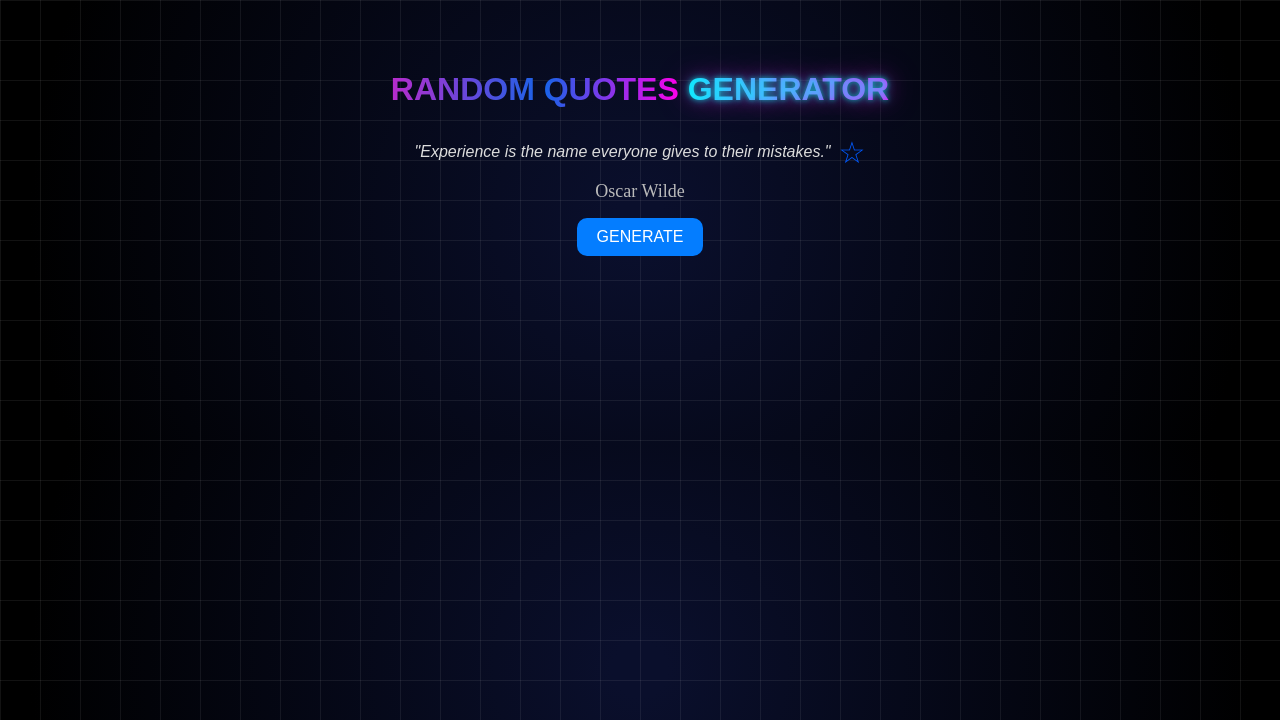
Repository: Adel-la/random-quotes
Page: index.html
These files come from the project's save history. The page is drawn as it stood at one moment and after the next save; the edit follows.
The browser window is 1280 px wide. The pictures show the whole page.

Above is the page before, as saved 2025-06-26 22:29:58.

### index.html
<!DOCTYPE html>
<html lang="ru">
<head>
  <meta charset="UTF-8" />
  <title>Random Quotes</title>
  <link rel="stylesheet" href="styles.css" />
</head>
<body>
  <main class="main">
    <h1 class="h1-title"> <span class="special-text">RANDOM QUOTES</span> <span class="neon-text">GENERATOR</span></h1>
    <div class="quote-container">
      <p id="quote" class="quote"></p>
      <button id="favorite" class="favorite">☆</button>
    </div>
    <p id="author" class="quote-author"></p>
    <button id="generate" class="btn">GENERATE</button>

    <div id="favorites-container" class="favorites-container"></div>
  </mainс>
  <script type="module" src="main.js"></script>
</body>
</html>

### styles.css

body {
  font-family: Arial, sans-serif;
  color: aliceblue;
  box-sizing: border-box;
  margin: 0;
  padding: 20px;
}

.favorites-container{
  max-width: 600px;
  margin: 50px auto;
  text-align: center;
}

.btn{
  padding: 10px 20px;
  font-size: 16px;
  background-color: #047dff;
  color: #fff;
  border: none;
  cursor: pointer;
  border-radius: 10px;
  margin-top: 10px;
  transition: background-color 0.3s ease;
}

.btn:hover{
  background-color: #004691;
  transform: scale(1.1);
  transition: 0.2s;
}

.paragraph{
  background-color: #111111;
  border-radius: 5px;
  width: fit-content;
  padding: 5px;
  text-align: center;
  margin: 2px auto;
}

#quote::before,
#quote::after{
  content: '"';
}

.quote-container {
  display: inline-flex;
  align-items: center;
  justify-content: center;
  margin: 0 auto;
  border-radius: 5px;
  padding: 5px 10px;
}

/* Убираем фон из quote, чтобы весь блок (цитата + звезда) имел один фон */
.quote {
  margin: 0;
  padding: 0;
  font-style: italic;
  display: inline;
}

/* Звездочка вплотную к цитате */
.favorite {
  color: rgb(0, 89, 255);
  background-color: transparent;
  font-size: 30px;
  border: none;
  margin-left: 8px;
  cursor: pointer;
  padding: 0;
}

.favorite-card {
  border: 1px solid #333;
  border-left: 5px solid #047dff;
  padding: 12px 16px;
  margin: 12px ;
  border-radius: 12px;
  box-shadow: 0 2px 10px rgba(4, 125, 255, 0.1);
  transition: transform 0.2s ease, box-shadow 0.2s ease;
  position: relative;
  width: 225px;
  text-align: start;
  flex-shrink: 0;

}

.favorites-container {
  display: flex;
  flex-wrap: wrap;
  justify-content: center;
  gap: 10px;
}
.favorite-card:hover {
  transform: scale(1.02);
  box-shadow: 0 4px 15px rgba(4, 125, 255, 0.25);
}

.favorite-card .favorite-quote {
  font-style: italic;
  font-size: 16px;
  color: #ffffff;
  margin-bottom: 8px;
}

.favorite-card .quote-author {
  font-size: 14px;
  color: #bbbbbb;
  text-align: right;
}

.delete-btn {
  position: absolute;
  top: 0;
  right: 0;
  border: none;
  border-radius: 5px;
  color: white;
  background-color: transparent;
  cursor: pointer;
}

.delete-btn:hover {
  font-size: 15px;
  transition: 0.5s;
}

.quote-author{
  margin: 1px auto;
  width: fit-content;
  font-size: large;
  padding: 5px 15px;
  border-radius: 5px;
  font-family:'Times New Roman', Times, serif;
  color: #bababa;
}

.main{
  text-align: center;
  position: relative;
  border-radius: 12px;
  padding: 20px;
  margin: 50px auto;
  max-width: 600px;
  z-index: 1;
  margin-top: 10px;
}

body {
  background: radial-gradient(circle at center, #0a0f2c 0%, #0a0f2c 4%, #000000 90%);

  position: relative;
  overflow: hidden;
  color: #ddd;
}

/* Тонкая светлая сетка */
body::before {
  content: "";
  position: fixed;
  top: 0; left: 0; right: 0; bottom: 0;
  background-image:
    linear-gradient(rgba(255,255,255,0.07) 1px, transparent 1px),
    linear-gradient(90deg, rgba(255,255,255,0.07) 1px, transparent 1px);
  background-size: 40px 40px;
  pointer-events: none;
  z-index: 0;
}


.special-text{
   font-weight: bold;
  font-size: 32px;
  background: linear-gradient(90deg, rgba(183, 43, 204, 1) 0%, rgba(23, 100, 232, 1) 53%, rgb(252, 2, 235) 100%);
  -webkit-background-clip: text;
  -webkit-text-fill-color: transparent;
}

.neon-text{
  font-weight: bold;
  background: linear-gradient(90deg, #00faff, #ff00f7);
  -webkit-background-clip: text;
  -webkit-text-fill-color: transparent;
  text-shadow:
    0 0 5px rgba(0, 255, 255, 0.5),
    0 0 10px rgba(0, 255, 255, 0.5),
    0 0 20px rgba(255, 0, 255, 0.5),
    0 0 40px rgba(255, 0, 255, 0.3);
}

### main.js
import quotes from './src/data/quotes.js';
import { generateAndDisplayQuote } from './src/handlers/quote.js';
import {
  generateBtn,
} from './src/ui/dom.js';




// Показать первую цитату сразу при загрузке страницы
generateAndDisplayQuote(quotes);

// Кнопка "Сгенерировать цитату"
generateBtn.addEventListener('click', () => {
  generateAndDisplayQuote(quotes);
});

### src/data/quotes.js
// Quotes array with English programming quotes and initial favorite = false
import { setQuoteId } from "../handlers/utils.js";
const quotes = [
  {
    text: "Code is like humor. When you have to explain it, it’s bad.",
    author: "Cory House",
    isFavorite: false,
  },
  {
    text: "First, solve the problem. Then, write the code.",
    author: "John Johnson",
    isFavorite: false,
  },
  {
    text: "Experience is the name everyone gives to their mistakes.",
    author: "Oscar Wilde",
    isFavorite: false,
  },
  {
    text: "In order to be irreplaceable, one must always be different.",
    author: "Coco Chanel",
    isFavorite: false,
  },
  {
    text: "Java is to JavaScript what car is to Carpet.",
    author: "Chris Heilmann",
    isFavorite: false,
  },
  {
    text: "Simplicity is the soul of efficiency.",
    author: "Austin Freeman",
    isFavorite: false,
  },
  {
    text: "Code never lies, comments sometimes do.",
    author: "Ron Jeffries",
    isFavorite: false,
  },
  {
    text: "Programming isn’t about what you know; it’s about what you can figure out.",
    author: "Chris Pine",
    isFavorite: false,
  },
  {
    text: "Make it work, make it right, make it fast.",
    author: "Kent Beck",
    isFavorite: false,
  },
  {
    text: "Any fool can write code that a computer can understand. Good programmers write code that humans can understand.",
    author: "Martin Fowler",
    isFavorite: false,
  }
];

setQuoteId(quotes)
export default quotes;

### src/handlers/quote.js
import { chooseRandomQuote } from './utils.js';
import { setRandomQuote } from '../core/state.js';
import { showQuote } from '../ui/index.js';
import { quoteElement, authorElement, favoriteBtn } from '../ui/dom.js';

// Функция генерации и отображения случайной цитаты
export function generateAndDisplayQuote(quotes) {
  const quote = chooseRandomQuote(quotes);
  setRandomQuote(quote);
  showQuote(quote, quoteElement, authorElement, favoriteBtn);
}

### src/ui/dom.js
export const quoteElement = document.getElementById('quote');
export const authorElement = document.getElementById('author');
export const generateBtn = document.getElementById('generate');
export const favoriteBtn = document.getElementById('favorite');
export const favoritesContainer = document.getElementById('favorites-container');

### src/handlers/utils.js
// Генерация уникального 8-символьного hex ID (буквы и цифры)
 function generateHexId() {
  return Math.floor(Math.random() * 0xffffffff)
    .toString(16)
    .padStart(8, '0');
}

export function setQuoteId(quotes) {
  quotes.forEach(quote => {
    if (!quote.id) {
      quote.id = generateHexId();
    }
  });
}

// Функция выбора случайной цитаты из массива
export function chooseRandomQuote(quotes) {
  const index = Math.floor(Math.random() * quotes.length);
  return quotes[index];
}

### src/core/state.js
import { chooseRandomQuote } from '../handlers/utils.js';
import quotes from '../data/quotes.js';

let currentQuote = null;

// Функция для получения текущей цитаты
export function getRandomQuote() {
  if (!currentQuote) {
    currentQuote = chooseRandomQuote(quotes);
  }
  return currentQuote;
}

// Устанавливаем текущую цитату
export function setRandomQuote(quote) {
  currentQuote = quote;
}

### src/ui/index.js
import { updateFavoriteButton } from '../handlers/favorites.js';

// Функция для отображения цитаты и автора на странице
export function showQuote(quote, quoteElement, authorElement, favoriteBtn) {
  if (!quote) return;

  const { text, author, isFavorite } = quote;

  quoteElement.textContent = text;
  authorElement.textContent = author ? ` ${author}` : ' Unknown';

  updateFavoriteButton(isFavorite, favoriteBtn);
}

### src/handlers/favorites.js
import { favoritesContainer, favoriteBtn } from '../ui/dom.js';
import quotes from '../data/quotes.js';
import { getRandomQuote } from '../core/state.js';
import { setQuoteId } from './utils.js';


// Создаём карточку избранной цитаты и добавляем в контейнер
export function addFavoriteCard(quoteObj, container) {
  const card = document.createElement('div');
  card.id = quoteObj.id;
  card.classList.add('favorite-card');

  card.innerHTML = `
      <button class="delete-btn">🗑</button>
      <p class="favorite-quote">${quoteObj.text}</p>
      <span class="quote-author">– ${quoteObj.author}</span>
    `;

  container.appendChild(card);
}

// Удаляем карточку цитаты из избранного
export function removeCardOfFavorite(container, quote) {
  const cards = container.querySelectorAll('.favorite-card');
  cards.forEach((card) => {
    if (card.id === quote.id) {
      card.remove();
    }
  });
}

// Обновляем кнопку избранного (звёздочку)
export function updateFavoriteButton(isFavorite, button) {
  button.textContent = isFavorite ? '★' : '☆';
}

// Обработчик клика по кнопке удаления на карточке
export function handleDeleteClick(event, container, quotes, favoriteButton) {
  if (!event.target.classList.contains('delete-btn')) return;

  const card = event.target.closest('.favorite-card');
  if (!card) return;

  const quoteObj = quotes.find((q) => q.id === card.id);
  if (!quoteObj) return;

  console.log(quoteObj.id, card.id)
  if (card.id === getRandomQuote().id) {
    updateFavoriteButton(false, favoriteButton);
  }
  quoteObj.isFavorite = false;

  card.remove();
}

// Переключение состояния избранного цитаты
export function toggleFavorite(quote, container, button) {
  quote.isFavorite = !quote.isFavorite;
  updateFavoriteButton(quote.isFavorite, button);

  if (quote.isFavorite) {
    addFavoriteCard(quote, container);
  } else {
    removeCardOfFavorite(container, quote);
  }
}

// Настройка обработчиков избранного (звёздочка и удаление карточек)
export function setupFavoriteHandlers(favoritesContainer, favoriteBtn, quotes) {
  favoriteBtn.addEventListener('click', () => {
    const quote = getRandomQuote();
    if (!quote) return;
    toggleFavorite(quote, favoritesContainer, favoriteBtn);
  });

  favoritesContainer.addEventListener('click', (event) => {
    handleDeleteClick(event, favoritesContainer, quotes, favoriteBtn);
  });
}

// Инициализация обработчиков
setupFavoriteHandlers(favoritesContainer, favoriteBtn, quotes);

After the next save:
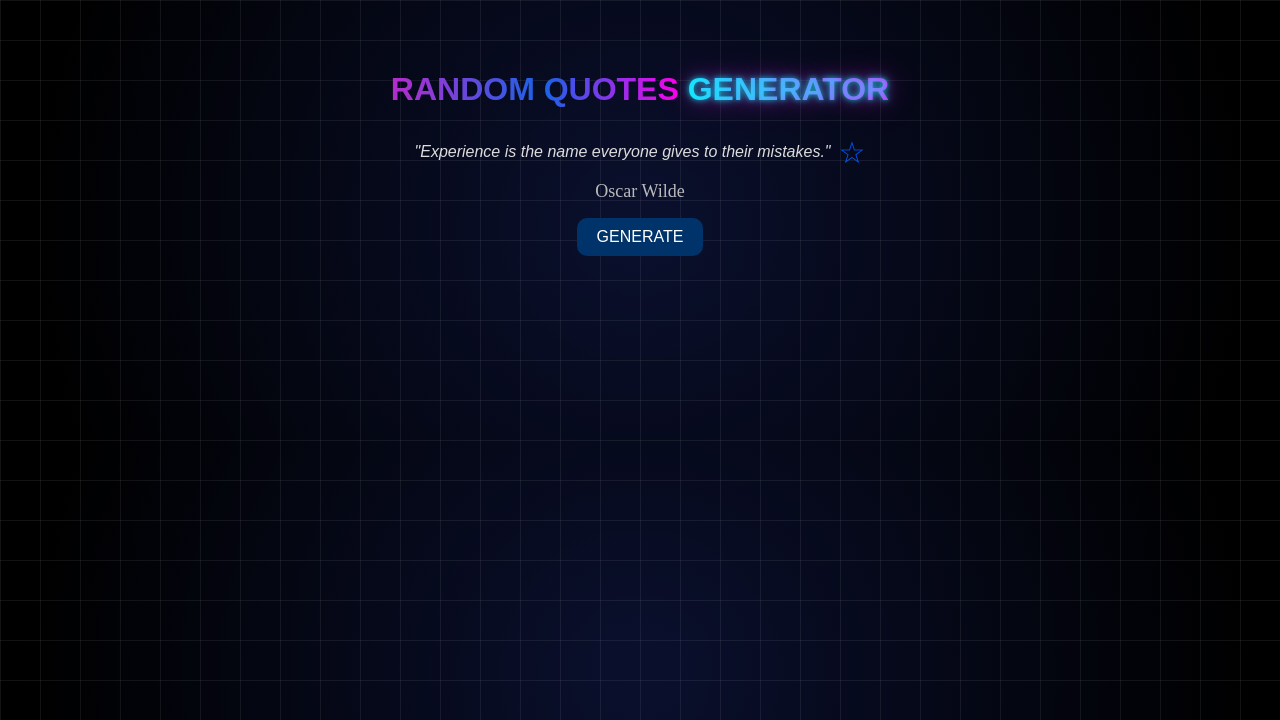
Saved 2 min 15 s later.
--- a/styles.css
+++ b/styles.css
@@ -16,7 +16,7 @@ body {
 .btn{
   padding: 10px 20px;
   font-size: 16px;
-  background-color: #047dff;
+  background-color: #00336a;
   color: #fff;
   border: none;
   cursor: pointer;
